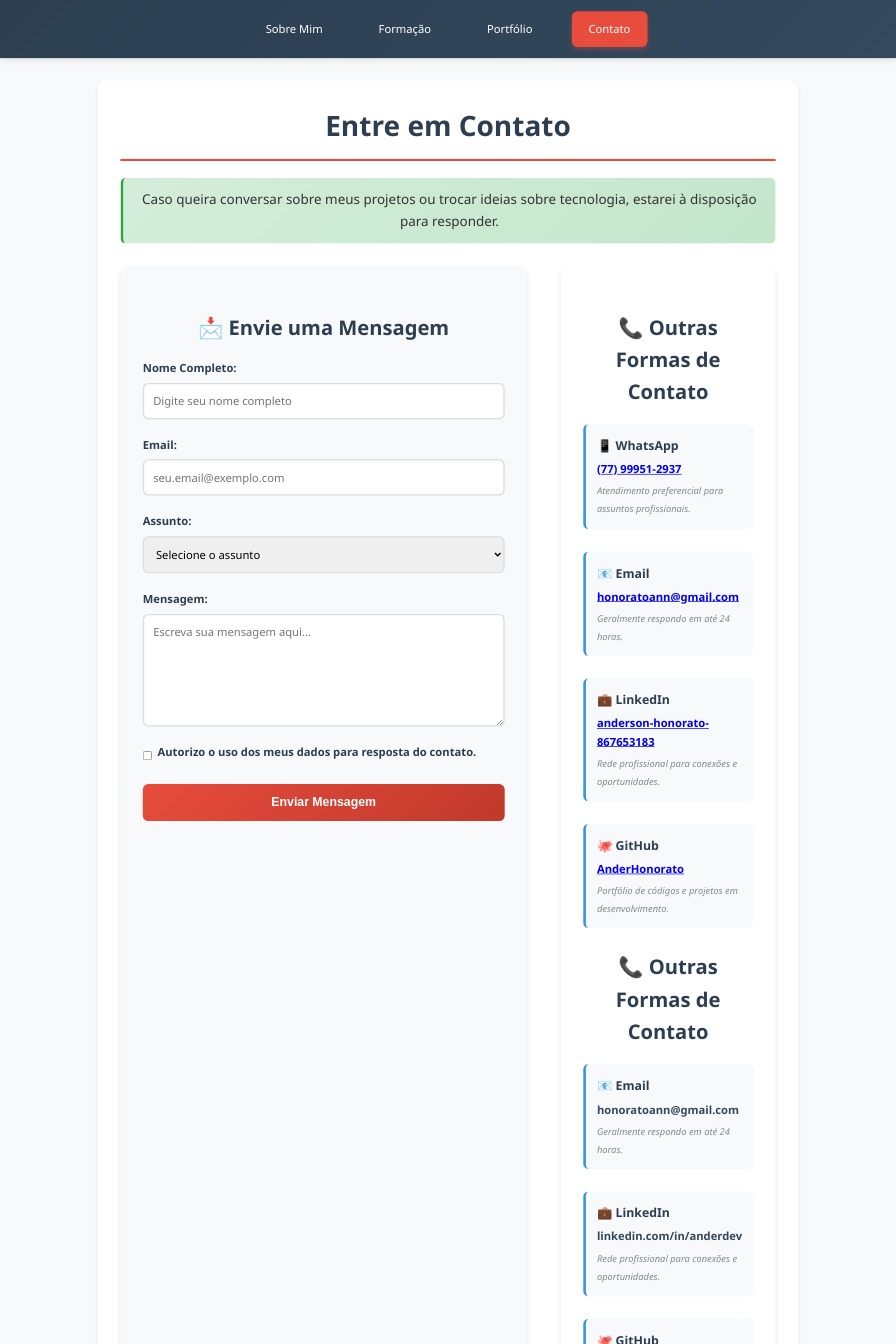
Repository: AnderHonorato/meu-portfolio
Page: contato.html
The author's editor kept a copy of each file at every save. The page is drawn from the files as they stood at one save, then again after the next save.
The browser window is 1280 px wide. The pictures show the part of the page from y = 0 to 1920 px (the page is 2943 px tall before and 2396 px after), at 70% of full size.

Above is the page before, as saved 2025-08-26 23:35:44.

### contato.html
<!DOCTYPE html>
<html lang="pt-br">
<head>
    <meta charset="UTF-8">
    <meta name="viewport" content="width=device-width, initial-scale=1.0">
    <title>Contato - Anderson</title>
    <link rel="stylesheet" href="css/style.css">
</head>
<body>
    <!-- MENU -->
    <nav class="menu">
        <ul>
            <li><a href="index.html">Sobre Mim</a></li>
            <li><a href="formacao.html">Formação</a></li>
            <li><a href="portfolio.html">Portfólio</a></li>
            <li><a href="contato.html" class="ativo">Contato</a></li>
        </ul>
    </nav>

    <!-- CONTEÚDO ESPECÍFICO DA PÁGINA DE CONTATO -->
    <main class="conteudo">
        <h1>Entre em Contato</h1>

        <p class="intro-contato">
            Caso queira conversar sobre meus projetos ou trocar ideias sobre tecnologia, estarei à disposição para responder.
        </p>

        <div class="contato-container">
            <!-- FORMULÁRIO DE CONTATO -->
            <div class="formulario-contato">
                <h2>📩 Envie uma Mensagem</h2>

                <!-- FORMULÁRIO (APENAS VISUAL) -->
                <form class="form-contato" id="formContato">
                    <div class="campo">
                        <label for="nome">Nome Completo:</label>
                        <input type="text" id="nome" name="nome" placeholder="Digite seu nome completo" required>
                    </div>

                    <div class="campo">
                        <label for="email">Email:</label>
                        <input type="email" id="email" name="email" placeholder="seu.email@exemplo.com" required>
                    </div>

                    <div class="campo">
                        <label for="assunto">Assunto:</label>
                        <select id="assunto" name="assunto" required>
                            <option value="">Selecione o assunto</option>
                            <option value="oportunidade">Oportunidade de Trabalho</option>
                            <option value="projeto">Proposta de Projeto</option>
                            <option value="duvida">Dúvida Técnica</option>
                            <option value="networking">Networking</option>
                            <option value="outros">Outros</option>
                        </select>
                    </div>

                    <div class="campo">
                        <label for="mensagem">Mensagem:</label>
                        <textarea id="mensagem" name="mensagem" rows="6" placeholder="Escreva sua mensagem aqui..." required></textarea>
                    </div>

                    <!-- CHECKBOX DE CONFIRMAÇÃO -->
                    <div class="campo checkbox">
                        <input type="checkbox" id="aceite" name="aceite" required>
                        <label for="aceite">Autorizo o uso dos meus dados para resposta do contato.</label>
                    </div>

                    <button type="submit" class="btn-enviar">Enviar Mensagem</button>
                </form>

                <!-- MENSAGEM DE RETORNO (OCULTA INICIALMENTE) -->
                <div id="mensagemRetorno" class="mensagem-retorno" style="display: none;">
                    <p>✅ Mensagem enviada com sucesso! Retornarei o contato em breve.</p>
                </div>
            </div>

            <!-- INFORMAÇÕES DE CONTATO DIRETO -->
            <div class="info-contato">
            <h2>📞 Outras Formas de Contato</h2>

            <div class="contato-item">
                <h3>📱 WhatsApp</h3>
                <p><a href="https://wa.me/5577999512937" target="_blank">(77) 99951-2937</a></p>
                <small>Atendimento preferencial para assuntos profissionais.</small>
            </div>

            <div class="contato-item">
                <h3>📧 Email</h3>
                <p><a href="mailto:honoratoann@gmail.com">honoratoann@gmail.com</a></p>
                <small>Geralmente respondo em até 24 horas.</small>
            </div>

            <div class="contato-item">
                <h3>💼 LinkedIn</h3>
                <p><a href="https://www.linkedin.com/in/anderson-honorato-867653183/" target="_blank">anderson-honorato-867653183</a></p>
                <small>Rede profissional para conexões e oportunidades.</small>
            </div>

            <div class="contato-item">
                <h3>🐙 GitHub</h3>
                <p><a href="https://github.com/AnderHonorato" target="_blank">AnderHonorato</a></p>
                <small>Portfólio de códigos e projetos em desenvolvimento.</small>
            </div>
                <h2>📞 Outras Formas de Contato</h2>

                <div class="contato-item">
                    <h3>📧 Email</h3>
                    <p>honoratoann@gmail.com</p>
                    <small>Geralmente respondo em até 24 horas.</small>
                </div>

                <div class="contato-item">
                    <h3>💼 LinkedIn</h3>
                    <p>linkedin.com/in/anderdev</p>
                    <small>Rede profissional para conexões e oportunidades.</small>
                </div>

                <div class="contato-item">
                    <h3>🐙 GitHub</h3>
                    <p>github.com/anderdev</p>
                    <small>Portfólio de códigos e projetos em desenvolvimento.</small>
                </div>

                <div class="contato-item">
                    <h3>📱 WhatsApp</h3>
                    <p>(77) 99951-2937</p>
                    <small>Atendimento preferencial para assuntos profissionais.</small>
                </div>

                <!-- HORÁRIOS DE DISPONIBILIDADE -->
                <div class="disponibilidade">
                    <h3>🕒 Disponibilidade</h3>
                    <ul>
                        <li><strong>Segunda a Sexta:</strong> 08h às 17h</li>
                        <li><strong>Sábados:</strong> 09h às 12h</li>
                        <li><strong>Domingos:</strong> Apenas casos urgentes.</li>
                    </ul>
                </div>
            </div>
        </div>

        <!-- SEÇÃO DE DICAS DE CONTATO -->
        <div class="dicas-contato">
            <h2>💡 Dicas para um Bom Contato</h2>
            <div class="dicas-grid">
                <div class="dica-item">
                    <h4>🎯 Seja Claro</h4>
                    <p>Descreva seu objetivo de forma detalhada para facilitar a análise e o retorno adequado.</p>
                </div>
                <div class="dica-item">
                    <h4>⏰ Prazo de Resposta</h4>
                    <p>Respondo normalmente em até 24 horas. Para assuntos urgentes, utilize o WhatsApp.</p>
                </div>
                <div class="dica-item">
                    <h4>📎 Materiais de Apoio</h4>
                    <p>Se houver documentos ou referências, mencione no contato para envio posterior por email.</p>
                </div>
            </div>
        </div>
    </main>

    <!-- SCRIPT DE INTERATIVIDADE DO FORMULÁRIO -->
    <script>
        // SIMULA O ENVIO DO FORMULÁRIO E MOSTRA MENSAGEM DE SUCESSO
        document.getElementById('formContato').addEventListener('submit', function(e) {
            e.preventDefault();
            document.getElementById('mensagemRetorno').style.display = 'block';
            this.reset();
            document.getElementById('mensagemRetorno').scrollIntoView({ behavior: 'smooth' });
        });
    </script>
</body>
</html>

### css/style.css
/* Reset básico e configurações globais */
* {
    margin: 0;
    padding: 0;
    box-sizing: border-box;
}

/* Configurações do corpo da página */
body {
    font-family: 'Segoe UI', Tahoma, Geneva, Verdana, sans-serif;
    line-height: 1.6;
    color: #333;
    background-color: #f8f9fa;
}

/* Menu de navegação - SEMPRE VISÍVEL */
.menu {
    background: linear-gradient(135deg, #2c3e50, #34495e);
    padding: 1rem 0;
    position: sticky; /* Menu fica fixo no topo ao rolar */
    top: 0;
    z-index: 1000; /* Garante que fica por cima de outros elementos */
    box-shadow: 0 2px 10px rgba(0,0,0,0.1);
}

.menu ul {
    list-style: none;
    display: flex;
    justify-content: center;
    gap: 2rem;
    max-width: 1200px;
    margin: 0 auto;
    padding: 0 1rem;
}

.menu a {
    color: white;
    text-decoration: none;
    padding: 0.8rem 1.5rem;
    border-radius: 8px;
    transition: all 0.3s ease;
    display: block;
    font-weight: 500;
}

.menu a:hover {
    background-color: rgba(255, 255, 255, 0.1);
    transform: translateY(-2px);
}

.menu a.ativo {
    background-color: #e74c3c;
    box-shadow: 0 4px 8px rgba(231, 76, 60, 0.3);
}

/* Conteúdo principal */
.conteudo {
    max-width: 1000px;
    margin: 2rem auto;
    padding: 0 1rem;
    background-color: white;
    border-radius: 12px;
    box-shadow: 0 4px 6px rgba(0,0,0,0.1);
    padding: 2rem;
}

.conteudo h1 {
    color: #2c3e50;
    margin-bottom: 1.5rem;
    text-align: center;
    font-size: 2.5rem;
    border-bottom: 3px solid #e74c3c;
    padding-bottom: 1rem;
}

.conteudo h2 {
    color: #34495e;
    margin: 2rem 0 1rem 0;
    font-size: 1.8rem;
}

/* === ESTILOS PÁGINA SOBRE MIM === */
.sobre-container {
    display: grid;
    grid-template-columns: 250px 1fr;
    gap: 2rem;
    margin-top: 2rem;
}

.foto-perfil {
    text-align: center;
}

.placeholder-foto {
    width: 200px;
    height: 200px;
    border-radius: 50%;
    background: linear-gradient(135deg, #e74c3c, #c0392b);
    display: flex;
    align-items: center;
    justify-content: center;
    color: white;
    font-weight: bold;
    margin: 0 auto;
    box-shadow: 0 8px 16px rgba(231, 76, 60, 0.3);
}

.foto-perfil img {
    width: 200px;
    height: 200px;
    border-radius: 50%;
    object-fit: cover;
    box-shadow: 0 8px 16px rgba(0,0,0,0.2);
}

.texto-sobre {
    flex: 1;
}

.texto-sobre p {
    margin-bottom: 1rem;
    text-align: justify;
    font-size: 1.1rem;
}

.lista-hobbies {
    list-style: none;
    margin: 1rem 0;
}

.lista-hobbies li {
    padding: 0.5rem 0;
    font-size: 1.1rem;
    border-bottom: 1px solid #eee;
    transition: all 0.3s ease;
}

.lista-hobbies li:hover {
    background-color: #f8f9fa;
    padding-left: 1rem;
    border-left: 4px solid #e74c3c;
}

.info-adicional {
    margin-top: 3rem;
    padding: 2rem;
    background: linear-gradient(135deg, #ecf0f1, #bdc3c7);
    border-radius: 12px;
}

/* === ESTILOS PÁGINA FORMAÇÃO === */
.formacao-secao {
    margin-bottom: 3rem;
}

.item-formacao {
    background: linear-gradient(135deg, #f8f9fa, #e9ecef);
    padding: 2rem;
    border-radius: 12px;
    margin-bottom: 1.5rem;
    border-left: 5px solid #e74c3c;
    transition: transform 0.3s ease;
}

.item-formacao:hover {
    transform: translateY(-5px);
    box-shadow: 0 8px 16px rgba(0,0,0,0.1);
}

.item-formacao h3 {
    color: #2c3e50;
    margin-bottom: 1rem;
    font-size: 1.3rem;
}

.item-formacao p {
    margin-bottom: 0.5rem;
}

.lista-idiomas {
    list-style: none;
}

.lista-idiomas li {
    padding: 1rem 0;
    border-bottom: 1px solid #ddd;
}

.lista-idiomas li:last-child {
    border-bottom: none;
}

.nivel-idioma {
    margin-top: 0.5rem;
}

.barra-progresso {
    width: 100%;
    height: 8px;
    background-color: #ecf0f1;
    border-radius: 4px;
    overflow: hidden;
    margin: 0.5rem 0;
}

.progresso {
    height: 100%;
    background: linear-gradient(90deg, #e74c3c, #c0392b);
    transition: width 0.3s ease;
}

.descricao-nivel {
    font-size: 0.9rem;
    color: #7f8c8d;
    font-style: italic;
}

.proximos-estudos ul {
    list-style: none;
    display: grid;
    grid-template-columns: repeat(auto-fit, minmax(250px, 1fr));
    gap: 1rem;
}

.proximos-estudos li {
    background-color: #fff3cd;
    padding: 1rem;
    border-radius: 8px;
    border-left: 4px solid #ffc107;
    font-weight: 500;
}

/* === ESTILOS PÁGINA PORTFÓLIO === */
.intro-portfolio {
    text-align: center;
    font-size: 1.2rem;
    margin-bottom: 2rem;
    padding: 1rem;
    background-color: #f8f9fa;
    border-radius: 8px;
    border-left: 4px solid #e74c3c;
}

.projetos-grid {
    display: grid;
    grid-template-columns: repeat(auto-fit, minmax(350px, 1fr));
    gap: 2rem;
    margin-bottom: 3rem;
}

.projeto-item {
    background: linear-gradient(135deg, #ffffff, #f8f9fa);
    padding: 2rem;
    border-radius: 12px;
    box-shadow: 0 4px 8px rgba(0,0,0,0.1);
    transition: all 0.3s ease;
    border-top: 4px solid #e74c3c;
}

.projeto-item:hover {
    transform: translateY(-8px);
    box-shadow: 0 12px 24px rgba(0,0,0,0.15);
}

.projeto-item h3 {
    color: #2c3e50;
    margin-bottom: 1rem;
    font-size: 1.4rem;
}

.tags-projeto {
    margin-bottom: 1rem;
}

.tag {
    display: inline-block;
    background: linear-gradient(135deg, #e74c3c, #c0392b);
    color: white;
    padding: 0.3rem 0.8rem;
    border-radius: 20px;
    font-size: 0.8rem;
    margin-right: 0.5rem;
    font-weight: 500;
}

.projeto-detalhes {
    margin: 1rem 0;
    padding: 1rem;
    background-color: #f8f9fa;
    border-radius: 8px;
}

.projeto-detalhes p {
    margin-bottom: 0.5rem;
    font-size: 0.9rem;
}

.btn-projeto {
    display: inline-block;
    background: linear-gradient(135deg, #3498db, #2980b9);
    color: white;
    padding: 0.8rem 1.5rem;
    text-decoration: none;
    border-radius: 8px;
    transition: all 0.3s ease;
    font-weight: 500;
}

.btn-projeto:hover {
    transform: translateY(-2px);
    box-shadow: 0 4px 8px rgba(52, 152, 219, 0.3);
}

/* Habilidades técnicas */
.habilidades-secao {
    margin-top: 3rem;
    padding: 2rem;
    background: linear-gradient(135deg, #ecf0f1, #bdc3c7);
    border-radius: 12px;
}

.habilidades-grid {
    display: grid;
    grid-template-columns: repeat(auto-fit, minmax(250px, 1fr));
    gap: 1.5rem;
    margin-top: 1rem;
}

.habilidade-item {
    background-color: white;
    padding: 1.5rem;
    border-radius: 8px;
    box-shadow: 0 2px 4px rgba(0,0,0,0.1);
}

.habilidade-item h4 {
    color: #2c3e50;
    margin-bottom: 1rem;
    font-size: 1.1rem;
}

.nivel-habilidade {
    display: flex;
    align-items: center;
    gap: 1rem;
}

.barra-habilidade {
    flex: 1;
    height: 8px;
    background-color: #ecf0f1;
    border-radius: 4px;
    overflow: hidden;
}

.progresso-habilidade {
    height: 100%;
    background: linear-gradient(90deg, #27ae60, #2ecc71);
    transition: width 0.3s ease;
}

.estudos-atuais {
    margin-top: 2rem;
    padding: 2rem;
    background-color: #e8f5e8;
    border-radius: 12px;
    border-left: 5px solid #27ae60;
}

.lista-estudos {
    list-style: none;
    display: grid;
    grid-template-columns: repeat(auto-fit, minmax(300px, 1fr));
    gap: 1rem;
}

.lista-estudos li {
    padding: 1rem;
    background-color: white;
    border-radius: 8px;
    box-shadow: 0 2px 4px rgba(0,0,0,0.1);
    transition: transform 0.3s ease;
}

.lista-estudos li:hover {
    transform: translateX(10px);
}

/* === ESTILOS PÁGINA CONTATO === */
.intro-contato {
    text-align: center;
    font-size: 1.2rem;
    margin-bottom: 2rem;
    padding: 1rem;
    background: linear-gradient(135deg, #d4edda, #c3e6cb);
    border-radius: 8px;
    border-left: 4px solid #28a745;
}

.contato-container {
    display: grid;
    grid-template-columns: 2fr 1fr;
    gap: 3rem;
    margin-top: 2rem;
}

.formulario-contato {
    background-color: #f8f9fa;
    padding: 2rem;
    border-radius: 12px;
    box-shadow: 0 4px 8px rgba(0,0,0,0.1);
}

.formulario-contato h2 {
    color: #2c3e50;
    margin-bottom: 1.5rem;
    text-align: center;
}

.form-contato {
    display: flex;
    flex-direction: column;
    gap: 1.5rem;
}

.campo {
    display: flex;
    flex-direction: column;
}

.campo.checkbox {
    flex-direction: row;
    align-items: center;
    gap: 0.5rem;
}

.campo.checkbox input {
    width: auto;
}

.campo label {
    margin-bottom: 0.5rem;
    font-weight: 600;
    color: #2c3e50;
}

.campo input,
.campo textarea,
.campo select {
    padding: 0.8rem;
    border: 2px solid #ddd;
    border-radius: 8px;
    font-size: 1rem;
    transition: border-color 0.3s ease;
    font-family: inherit;
}

.campo input:focus,
.campo textarea:focus,
.campo select:focus {
    outline: none;
    border-color: #e74c3c;
    box-shadow: 0 0 0 3px rgba(231, 76, 60, 0.1);
}

.btn-enviar {
    background: linear-gradient(135deg, #e74c3c, #c0392b);
    color: white;
    padding: 1rem 2rem;
    border: none;
    border-radius: 8px;
    cursor: pointer;
    font-size: 1.1rem;
    font-weight: 600;
    transition: all 0.3s ease;
}

.btn-enviar:hover {
    transform: translateY(-2px);
    box-shadow: 0 4px 8px rgba(231, 76, 60, 0.3);
}

.mensagem-retorno {
    margin-top: 1rem;
    padding: 1rem;
    background-color: #d4edda;
    border: 1px solid #c3e6cb;
    border-radius: 8px;
    color: #155724;
    text-align: center;
    font-weight: 500;
}

/* Informações de contato */
.info-contato {
    background-color: white;
    padding: 2rem;
    border-radius: 12px;
    box-shadow: 0 4px 8px rgba(0,0,0,0.1);
    height: fit-content;
}

.info-contato h2 {
    color: #2c3e50;
    margin-bottom: 1.5rem;
    text-align: center;
}

.contato-item {
    margin-bottom: 2rem;
    padding: 1rem;
    background-color: #f8f9fa;
    border-radius: 8px;
    border-left: 4px solid #3498db;
}

.contato-item h3 {
    color: #2c3e50;
    margin-bottom: 0.5rem;
    font-size: 1.1rem;
}

.contato-item p {
    font-weight: 600;
    color: #34495e;
    margin-bottom: 0.3rem;
}

.contato-item small {
    color: #7f8c8d;
    font-style: italic;
}

.disponibilidade {
    padding: 1rem;
    background: linear-gradient(135deg, #fff3cd, #ffeaa7);
    border-radius: 8px;
    border-left: 4px solid #ffc107;
}

.disponibilidade h3 {
    color: #2c3e50;
    margin-bottom: 1rem;
}

.disponibilidade ul {
    list-style: none;
}

.disponibilidade li {
    padding: 0.3rem 0;
    color: #856404;
}

/* Dicas de contato */
.dicas-contato {
    margin-top: 3rem;
    padding: 2rem;
    background: linear-gradient(135deg, #e8f4fd, #d1ecf1);
    border-radius: 12px;
}

.dicas-grid {
    display: grid;
    grid-template-columns: repeat(auto-fit, minmax(250px, 1fr));
    gap: 1.5rem;
    margin-top: 1rem;
}

.dica-item {
    background-color: white;
    padding: 1.5rem;
    border-radius: 8px;
    box-shadow: 0 2px 4px rgba(0,0,0,0.1);
    transition: transform 0.3s ease;
}

.dica-item:hover {
    transform: translateY(-5px);
}

.dica-item h4 {
    color: #2c3e50;
    margin-bottom: 1rem;
}

.dica-item p {
    color: #34495e;
    font-size: 0.9rem;
}

/* === RESPONSIVIDADE === */
@media (max-width: 768px) {
    /* Menu responsivo */
    .menu ul {
        flex-wrap: wrap;
        gap: 0.5rem;
        justify-content: center;
    }

    .menu a {
        padding: 0.6rem 1rem;
        font-size: 0.9rem;
    }

    /* Conteúdo */
    .conteudo {
        margin: 1rem;
        padding: 1.5rem;
    }

    .conteudo h1 {
        font-size: 2rem;
    }

    /* Sobre mim responsivo */
    .sobre-container {
        grid-template-columns: 1fr;
        text-align: center;
        gap: 1.5rem;
    }

    /* Formação responsiva */
    .item-formacao {
        padding: 1.5rem;
    }

    /* Portfólio responsivo */
    .projetos-grid {
        grid-template-columns: 1fr;
        gap: 1.5rem;
    }

    .habilidades-grid {
        grid-template-columns: 1fr;
    }

    /* Contato responsivo */
    .contato-container {
        grid-template-columns: 1fr;
        gap: 2rem;
    }

    .dicas-grid {
        grid-template-columns: 1fr;
    }
}

@media (max-width: 480px) {
    .conteudo {
        padding: 1rem;
    }

    .conteudo h1 {
        font-size: 1.8rem;
    }

    .menu ul {
        flex-direction: column;
        gap: 0.3rem;
    }

    .projeto-item,
    .item-formacao,
    .formulario-contato {
        padding: 1rem;
    }
}

/* Animações e efeitos especiais */
@keyframes slideInUp {
    from {
        opacity: 0;
        transform: translateY(30px);
    }
    to {
        opacity: 1;
        transform: translateY(0);
    }
}

.conteudo {
    animation: slideInUp 0.6s ease-out;
}

/* Scroll suave */
html {
    scroll-behavior: smooth;
}

/* desataque */
.projeto-item.destaque {
    background: linear-gradient(135deg, #f0f9ff, #e6f7ff);
    border-left: 6px solid #3498db;
    box-shadow: 0 8px 16px rgba(52, 152, 219, 0.2);
    transform: scale(1.02);
    transition: all 0.4s ease;
    position: relative;
    overflow: hidden;
}

.projeto-item.destaque:hover {
    transform: scale(1.04);
    box-shadow: 0 12px 24px rgba(52, 152, 219, 0.3);
}

.projeto-item.destaque::before {
    content: "";
    position: absolute;
    top: -2px;
    left: -2px;
    right: -2px;
    bottom: -2px;
    background: linear-gradient(90deg, #3498db, #2980b9, #3498db);
    z-index: 0;
    border-radius: 12px;
    filter: blur(6px);
    opacity: 0.7;
    animation: animarBorda 3s linear infinite;
}

.projeto-item.destaque > * {
    position: relative;
    z-index: 1;
}

@keyframes animarBorda {
    0% { background-position: 0% 50%; }
    50% { background-position: 100% 50%; }
    100% { background-position: 0% 50%; }
}

After the next save:
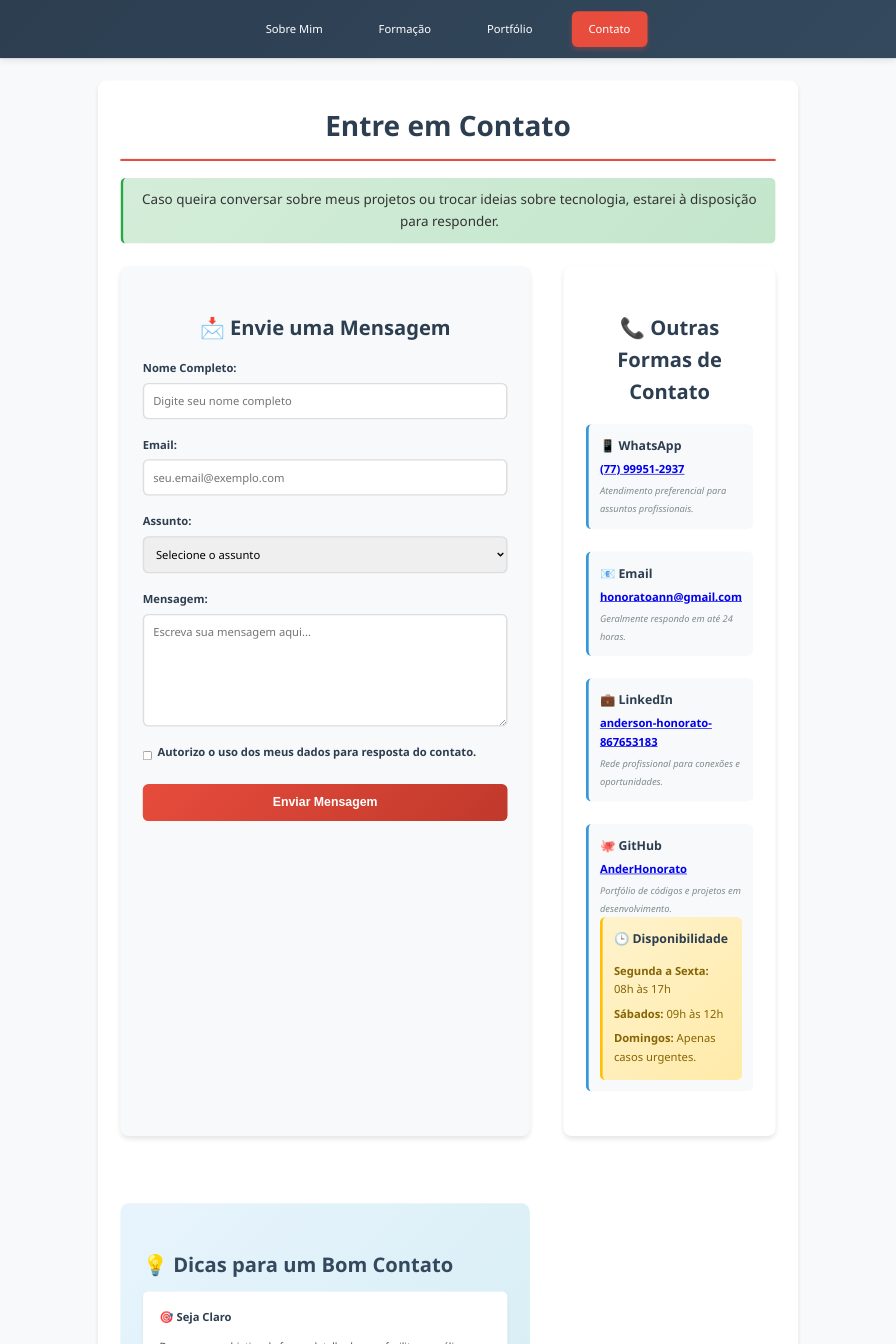
Saved 8 min 31 s later.
--- a/contato.html
+++ b/contato.html
@@ -100,32 +100,6 @@
                 <h3>🐙 GitHub</h3>
                 <p><a href="https://github.com/AnderHonorato" target="_blank">AnderHonorato</a></p>
                 <small>Portfólio de códigos e projetos em desenvolvimento.</small>
-            </div>
-                <h2>📞 Outras Formas de Contato</h2>
-
-                <div class="contato-item">
-                    <h3>📧 Email</h3>
-                    <p>honoratoann@gmail.com</p>
-                    <small>Geralmente respondo em até 24 horas.</small>
-                </div>
-
-                <div class="contato-item">
-                    <h3>💼 LinkedIn</h3>
-                    <p>linkedin.com/in/anderdev</p>
-                    <small>Rede profissional para conexões e oportunidades.</small>
-                </div>
-
-                <div class="contato-item">
-                    <h3>🐙 GitHub</h3>
-                    <p>github.com/anderdev</p>
-                    <small>Portfólio de códigos e projetos em desenvolvimento.</small>
-                </div>
-
-                <div class="contato-item">
-                    <h3>📱 WhatsApp</h3>
-                    <p>(77) 99951-2937</p>
-                    <small>Atendimento preferencial para assuntos profissionais.</small>
-                </div>
 
                 <!-- HORÁRIOS DE DISPONIBILIDADE -->
                 <div class="disponibilidade">
